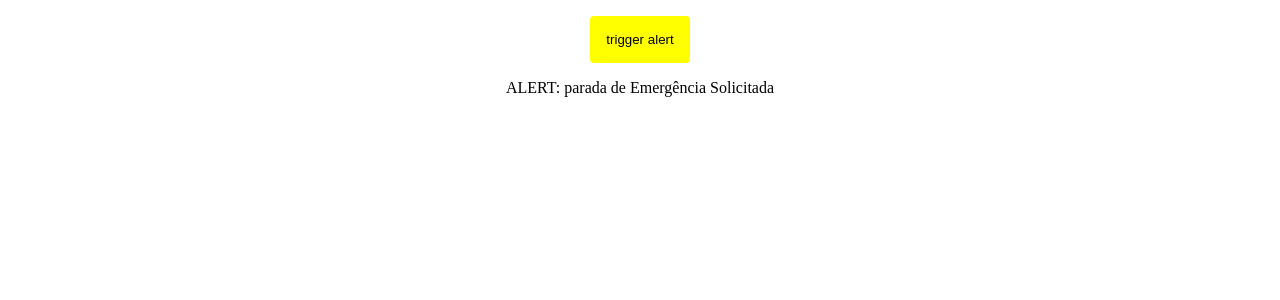
Repository: Esttevo/list-rewiew-js-2
Page: modulo-6/index.html
These files come from the project's save history. The page is drawn as it stood at one moment and after a run of saves; the edit follows.
The browser window is 1280 px wide. The pictures show the whole page.
After loading, the first visible `#btn-alert` was clicked once.

Above is the page before, as saved 2026-10-22 19:59:06.
Console error (its wording comes from the project's code and is left out).

After the next 3 saves:
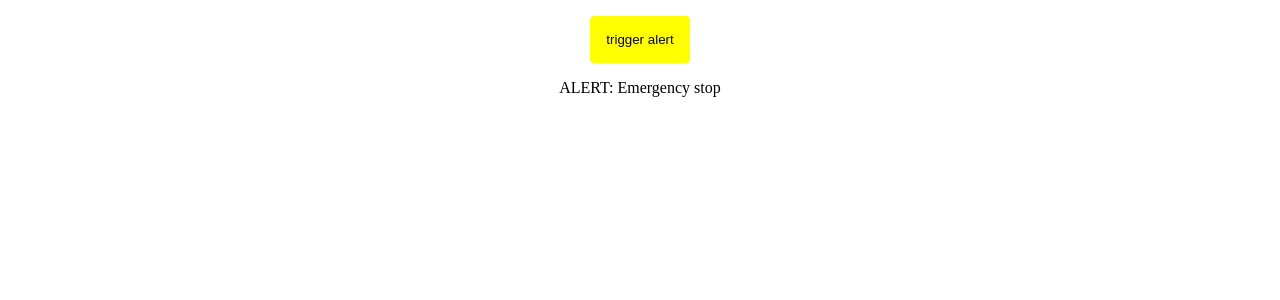
The 3 saves are shown as one change because they came seconds apart.
The last was saved 9 s later.
--- a/modulo-6/app.js
+++ b/modulo-6/app.js
@@ -7,6 +7,6 @@ const divAlert = document.querySelector(".wrapper-alert");
 const textAlert = document.getElementById("alert");
 
 btnAlert.addEventListener("click", () => {
-    textAlert.textContent = "ALERT: parada de Emergência Solicitada";
+    textAlert.textContent = "ALERT: Emergency stop";
     divAlert.classList.add("")
 })
